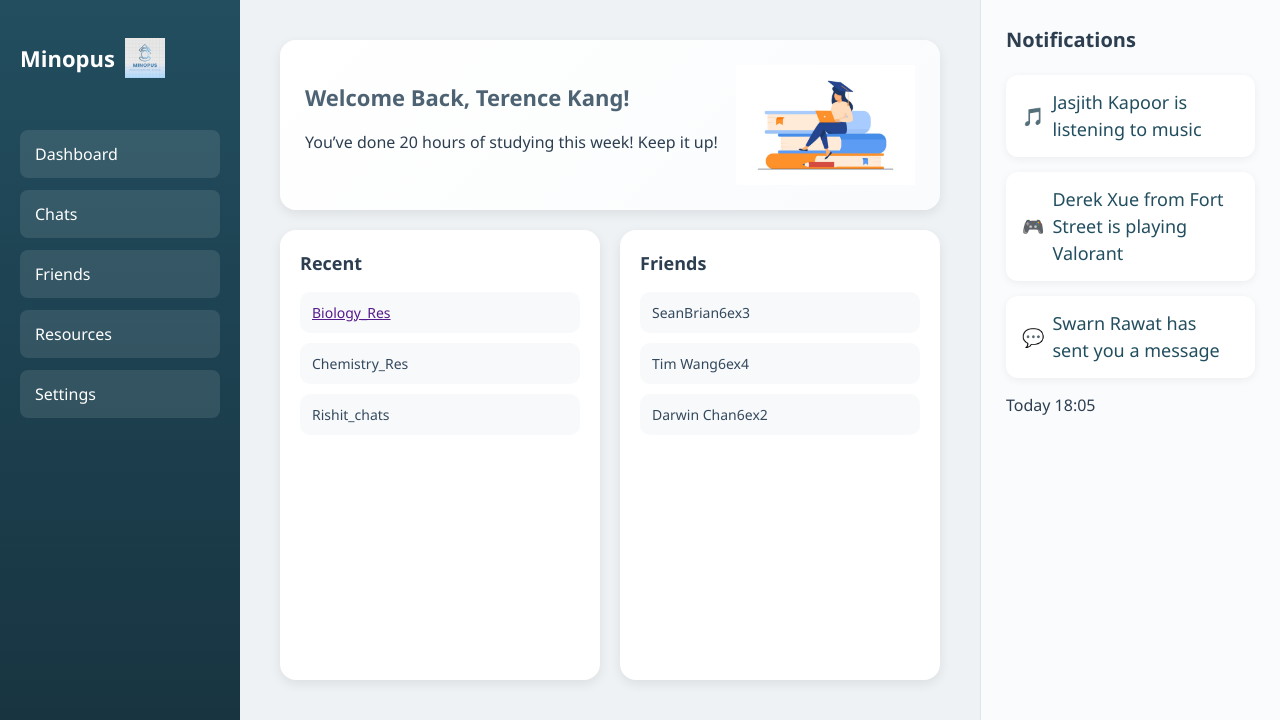
Repository: AUTemmie/Assessment-Task-3
Page: http://localhost/
The author's editor kept a copy of each file at every save. The page is drawn from the files as they stood at one save, then again after the next save.
The browser window is 1280 px wide. The pictures show the whole page.
The page is served by the project's application, run on Flask 3 (main.py). Other server files are loaded and not shown.

Above is the page before, as saved 2025-09-25 12:04:31.

### templates/index.html
{% extends 'layout.html' %} {% block content %}
<section class="welcome-card">
  <div>
    <h2>Welcome Back, Terence Kang!</h2>
    <p>You’ve done 20 hours of studying this week! Keep it up!</p>
  </div>
  <img
    src="../static/images/WomanStudying.jpg"
    alt="Studying"
    style="height: 120px"
  />
</section>

<div class="card-grid">
  <div class="card">
    <h3>Recent</h3>
    <ul>
      <li><a href="">Biology_Res</a></li>
      <li>Chemistry_Res</li>
      <li>Rishit_chats</li>
    </ul>
  </div>

  <div class="card">
    <h3>Friends</h3>
    <ul>
      <li>SeanBrian6ex3</li>
      <li>Tim Wang6ex4</li>
      <li>Darwin Chan6ex2</li>
    </ul>
  </div>
</div>
{% endblock %}

### templates/layout.html
<!DOCTYPE html>
<html lang="en">
  <head>
    <meta charset="UTF-8" />
    <meta name="viewport" content="width=device-width, initial-scale=1.0" />
    <meta http-equiv="X-UA-Compatible" content="ie=edge" />
    <meta http-equiv="Content-Security-Policy" content="script-src 'self';" />
    <link
      rel="stylesheet"
      href="{{ url_for('static', filename='css/style.css') }}"
    />
    <link
      rel="icon"
      type="image/x-icon"
      href="{{ url_for('static', filename='images/Favicon.png') }}"
    />
    <title>{% block title %}Minopus{% endblock %}</title>
  </head>
  <body class="theme-red {% if hide_layout %}no-sidebars{% endif %}">
    <div class="dashboard-grid">
      {% if not hide_layout %}
      <!-- Left Sidebar -->
      {% include "partials/sidebar.html" %} {% endif %}

      <!-- Main Content -->
      <main class="main-panel">{% block content %}{% endblock %}</main>

      {% if not hide_layout %}
      <!-- Right Sidebar -->
      {% include "partials/notifications.html" %} {% endif %}
    </div>

    <script src="{{ url_for('static', filename='js/app.js') }}"></script>
  </body>
</html>

### templates/partials/sidebar.html
<aside class="sidebar" aria-label="Main Navigation">
  <h2 class="logo">
    Minopus
    <img
      src="{{ url_for('static', filename='images/Favicon.png') }}"
      alt="Minopus logo"
      width="40"
      height="40"
    />
  </h2>

  <nav class="sidebar-nav">
    <ul>
      <li><a href="/">Dashboard</a></li>
      <li><a href="/chat">Chats</a></li>
      <li><a href="/friends">Friends</a></li>
      <li><a href="/resources">Resources</a></li>
      <li><a href="/settings">Settings</a></li>
    </ul>
  </nav>
</aside>

### templates/partials/notifications.html
<aside class="notifications" aria-label="User Notifications">
  <h2>Notifications</h2>
  <ul class="notification-list">
    <li>
      <span class="icon">🎵</span>
      <span class="text">Jasjith Kapoor is listening to music</span>
    </li>
    <li>
      <span class="icon">🎮</span>
      <span class="text">Derek Xue from Fort Street is playing Valorant</span>
    </li>
    <li>
      <span class="icon">💬</span>
      <span class="text">Swarn Rawat has sent you a message</span>
    </li>
  </ul>
  <footer class="timestamp">Today 18:05</footer>
</aside>

### main.py
from flask import Flask
from flask import render_template
from flask import request
import database_manager as dbHandler
from flask import redirect


app = Flask(__name__)


@app.route("/", methods=["GET", "POST"])
@app.route("/index.html", methods=["GET"])
def index():
    return render_template("index.html")


@app.route("/chat")
def chat():
    return render_template("chat.html")


@app.route("/friends")
def friends():
    return render_template("friends.html")


@app.route("/resources")
def resources():
    return render_template("resource.html")


@app.route("/settings")
def settings():
    return render_template("settings.html")


@app.route("/Login", methods=["GET", "POST"])
def login():
    if request.method == "POST":
        username = request.form["username"]
        password = request.form["password"]

        if username == "admin" and password == "password":
            return redirect("/")
        else:
            error = "Invalid username or password"
            # pass hide_layout=True
            return render_template("Login.html", error=error, hide_layout=True)

    # GET request
    return render_template("Login.html", hide_layout=True)


if __name__ == "__main__":
    app.run(debug=True, host="0.0.0.0", port=5000)

### static/css/style.css
/* Reset + Base */
body {
  margin: 0;
  font-family: "Segoe UI", sans-serif;
  background-color: #eef2f5;
  color: #2c3e50;
  line-height: 1.5;
}

/* Grid Layout */
.dashboard-grid {
  display: grid;
  grid-template-columns: 240px 1fr 300px;
  grid-template-rows: 100vh;
  overflow: hidden;
}

/* Sidebar */
.sidebar {
  background: linear-gradient(180deg, #224e5f, #183441);
  color: #fff;
  padding: 20px;
  display: flex;
  flex-direction: column;
}

.sidebar .logo {
  display: flex;
  align-items: center;
  gap: 10px;
  font-size: 22px;
  font-weight: bold;
  margin-bottom: 40px;
}

.sidebar ul {
  list-style: none;
  padding: 0;
  margin: 0;
}

.sidebar li {
  margin: 12px 0;
}

.sidebar a {
  display: block;
  padding: 12px 15px;
  border-radius: 8px;
  text-decoration: none;
  background: rgba(255, 255, 255, 0.1);
  color: #fff;
  font-weight: 500;
  transition: 0.25s ease;
}

.sidebar a:hover {
  background: rgba(255, 255, 255, 0.25);
}

/* Main Panel */
.main-panel {
  display: flex;
  flex-direction: column;
  padding: 40px;
  background-color: #eef2f5;
  height: 100vh;
  box-sizing: border-box;
  overflow: hidden;
}

.main-panel h1 {
  margin: 0 0 20px;
  font-size: 28px;
  font-weight: 600;
}

.main-panel h2 {
  margin-top: 0;
  font-size: 20px;
  font-weight: 500;
  color: #4d6273;
}

/* Welcome Card */
.welcome-card {
  background: linear-gradient(135deg, #ffffff, #f9fbfc);
  border-radius: 16px;
  padding: 25px;
  margin-bottom: 20px;
  display: flex;
  align-items: center;
  justify-content: space-between;
  box-shadow: 0 4px 12px rgba(0, 0, 0, 0.08);
}

.welcome-card h2 {
  margin: 0;
  font-size: 22px;
  font-weight: 600;
}

/* Card Grid */
.card-grid {
  display: grid;
  grid-template-columns: 1fr 1fr;
  gap: 20px;
  flex: 1;
  min-height: 0;
}

/* Cards */
.card {
  background: #fff;
  border-radius: 16px;
  padding: 20px;
  box-shadow: 0 4px 12px rgba(0, 0, 0, 0.08);
  display: flex;
  flex-direction: column;
  height: 100%;
  box-sizing: border-box;
}

.card h3 {
  margin: 0 0 15px;
  font-size: 18px;
  font-weight: 600;
}

.card ul {
  list-style: none;
  padding: 0;
  margin: 0;
  flex: 1;
  overflow-y: auto;
}

.card li {
  margin-bottom: 10px;
  background: #f7f9fa;
  padding: 10px 12px;
  border-radius: 10px;
  font-size: 14px;
  color: #34495e;
}

/* Notifications */
.notifications {
  background: #fafbfc;
  padding: 25px;
  border-left: 1px solid #e0e4e7;
  display: flex;
  flex-direction: column;
  overflow-y: auto;
}

.notifications h2 {
  margin: 0 0 20px;
  font-size: 20px;
  font-weight: 600;
}

.notifications ul {
  list-style: none;
  padding: 0;
  margin: 0;
}

.notifications li {
  margin-bottom: 15px;
  background: #fff;
  padding: 14px 16px;
  border-radius: 12px;
  display: flex;
  align-items: center;
  justify-content: space-between;
  font-size: 14px;
  box-shadow: 0 2px 8px rgba(0, 0, 0, 0.06);
  transition: transform 0.2s ease;
}

.notifications li:hover {
  transform: translateY(-3px);
}

.notifications span {
  margin-right: 8px;
  font-size: 18px;
  color: #224e5f;
}

.chat-container {
  display: flex;
  flex-direction: column;
  height: 100%;
  background: #fff;
  border-radius: 12px;
  box-shadow: 0 4px 12px rgba(0, 0, 0, 0.08);
  padding: 20px;
}

.chat-box {
  flex: 1;
  overflow-y: auto;
  padding-right: 10px;
  margin-bottom: 15px;
}

.message {
  max-width: 70%;
  margin: 8px 0;
  padding: 10px 14px;
  border-radius: 12px;
  font-size: 14px;
  position: relative;
}

.message.sent {
  background: #224e5f;
  color: #fff;
  margin-left: auto;
  border-bottom-right-radius: 4px;
}

.message.received {
  background: #f1f3f5;
  color: #2c3e50;
  margin-right: auto;
  border-bottom-left-radius: 4px;
}

.message .time {
  display: block;
  font-size: 11px;
  color: #777;
  margin-top: 4px;
}

.chat-input {
  display: flex;
  gap: 10px;
}

.chat-input input {
  flex: 1;
  padding: 12px;
  border-radius: 8px;
  border: 1px solid #ccc;
  font-size: 14px;
}

.chat-input button {
  background: #224e5f;
  color: #fff;
  border: none;
  padding: 12px 18px;
  border-radius: 8px;
  cursor: pointer;
  transition: 0.2s ease;
}

.chat-input button:hover {
  background: #1a3b48;
}

.login-container {
  max-width: 400px;
  margin: auto;
  background: #fff;
  padding: 30px;
  border-radius: 16px;
  box-shadow: 0 4px 12px rgba(0, 0, 0, 0.08);
  text-align: center;
}

.login-container h2 {
  margin-bottom: 20px;
  font-size: 24px;
  font-weight: 600;
  color: #224e5f;
}

.form-group {
  text-align: left;
  margin-bottom: 15px;
}

.form-group label {
  display: block;
  margin-bottom: 6px;
  font-size: 14px;
  font-weight: 500;
  color: #2c3e50;
}

.form-group input {
  width: 100%;
  padding: 12px;
  border-radius: 8px;
  border: 1px solid #ccc;
  font-size: 14px;
  box-sizing: border-box;
}

button[type="submit"] {
  width: 100%;
  padding: 12px;
  background: #224e5f;
  color: #fff;
  border: none;
  border-radius: 8px;
  font-size: 16px;
  font-weight: 500;
  cursor: pointer;
  transition: 0.25s ease;
}

button[type="submit"]:hover {
  background: #1a3b48;
}

.error {
  color: red;
  font-size: 14px;
  margin-bottom: 15px;
}

.signup-link {
  margin-top: 15px;
  font-size: 14px;
}
.signup-link a {
  color: #224e5f;
  text-decoration: none;
  font-weight: 500;
}
.signup-link a:hover {
  text-decoration: underline;
}

/* Hide sidebars when layout is disabled */
body.no-sidebars .dashboard-grid {
  grid-template-columns: 1fr; /* Collapse to single column */
}

body.no-sidebars .sidebar,
body.no-sidebars .notifications {
  display: none !important;
}

.friends-list {
  list-style: none;
  padding: 0;
  margin-top: 20px;
}

.friend {
  background: #fff;
  padding: 16px 20px;
  margin-bottom: 12px;
  border-radius: 12px;
  box-shadow: 0 2px 6px rgba(0, 0, 0, 0.05);
  font-size: 15px;
  color: #2c3e50;
  display: flex;
  align-items: center;
  gap: 12px;
}

.status-icon {
  font-size: 18px;
}

.friend .status {
  float: right;
  font-weight: bold;
}

.friend.online .status {
  color: #2ecc71; /* green */
}

.friend.offline .status {
  color: #e74c3c; /* red */
}

/* Status icons (Discord-style) */
.status-icon {
  display: inline-block;
  width: 14px;
  height: 14px;
  border-radius: 50%;
  margin-right: 10px;
  vertical-align: middle;
  border: 2px solid #fff; /* small white border around circle */
}

.friend.online .status-icon {
  background-color: #43b581; /* Discord green */
}

.friend.offline .status-icon {
  background-color: #747f8d; /* Discord grey */
}

.friend-search {
  width: 100%;
  padding: 10px 14px;
  margin-bottom: 15px;
  border: 1px solid #ccc;
  border-radius: 8px;
  font-size: 14px;
  box-sizing: border-box;
}

.friend-search:focus {
  outline: none;
  border-color: #224e5f;
  box-shadow: 0 0 5px rgba(34, 78, 95, 0.4);
}

/* Page wrapper */
.settings-page {
  padding: 20px;
  font-family: "Segoe UI", sans-serif;
  color: #2c3e50;
}

/* Title */
.page-title {
  margin-bottom: 20px;
}

/* Settings panel */
.settings-content {
  background: #ffffff;
  border-radius: 12px;
  padding: 25px;
  box-shadow: 0 2px 6px rgba(0, 0, 0, 0.1);
  max-width: 600px;
}

/* Section title */
.settings-content h3 {
  margin-bottom: 20px;
}

/* Form */
.settings-form {
  display: flex;
  flex-direction: column;
  gap: 18px;
}

.settings-form label {
  display: flex;
  flex-direction: column;
  font-size: 14px;
  color: #34495e;
}

.settings-form input {
  padding: 10px;
  margin-top: 6px;
  border: 1px solid #dcdde1;
  border-radius: 8px;
  outline: none;
}

.settings-form input:focus {
  border-color: #3498db;
}

/* Button */
.save-btn {
  padding: 12px;
  border: none;
  border-radius: 8px;
  background: #3498db;
  color: #fff;
  font-weight: bold;
  cursor: pointer;
  transition: background 0.2s;
}

.save-btn:hover {
  background: #2980b9;
}

.logout-link {
  display: inline-block;
  margin-top: 15px;
  color: #fff;
  background-color: #e74c3c;
  padding: 8px 12px;
  text-decoration: none;
  border-radius: 4px;
}

.logout-link:hover {
  background-color: #c0392b;
}

.resources-container {
  display: flex;
  gap: 20px;
  flex-wrap: wrap;
  margin-top: 20px;
}

.resource-card {
  background-color: #f5f7fa;
  padding: 20px;
  border-radius: 10px;
  flex: 1 1 250px; /* responsive cards */
  box-shadow: 0 4px 6px rgba(0, 0, 0, 0.1);
}

.resource-card h3 {
  margin-top: 0;
  color: #2c3e50;
}

.resource-card p {
  color: #34495e;
  margin-bottom: 15px;
}

.resource-link {
  display: inline-block;
  text-decoration: none;
  background-color: #3498db;
  color: white;
  padding: 8px 12px;
  border-radius: 5px;
}

.resource-link:hover {
  background-color: #2980b9;
}

### static/js/app.js
if ("serviceworker" in navigator) {
  window.addEventListener("load", function () {
    navigator.serviceworker
      .register("static/js/serviceworker.js")
      .then((res) => console.log("service worker registered"))
      .catch((err) => console.log("service worker not registered", err));
  });
}

After the next save:
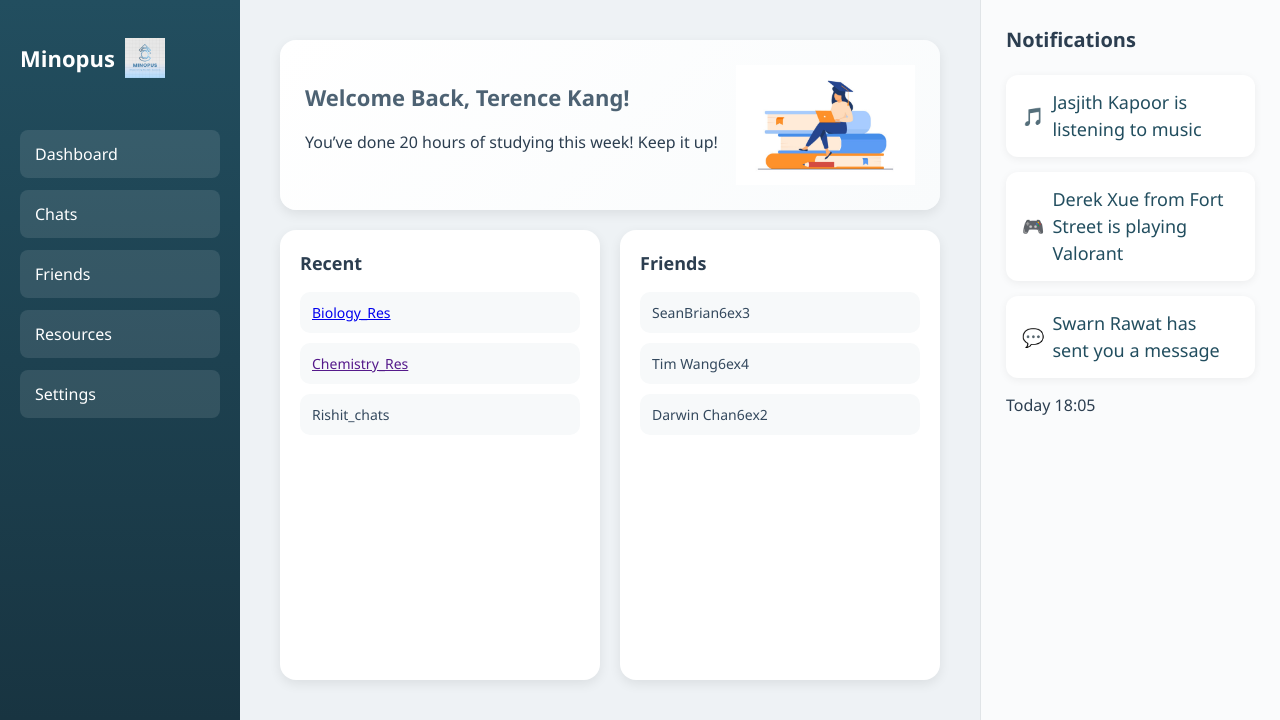
Saved 62 s later.
--- a/templates/index.html
+++ b/templates/index.html
@@ -15,8 +15,10 @@
   <div class="card">
     <h3>Recent</h3>
     <ul>
-      <li><a href="">Biology_Res</a></li>
-      <li>Chemistry_Res</li>
+      <li>
+        <a href="https://www.khanacademy.org/science/biology">Biology_Res</a>
+      </li>
+      <li><a href="">Chemistry_Res</a></li>
       <li>Rishit_chats</li>
     </ul>
   </div>
